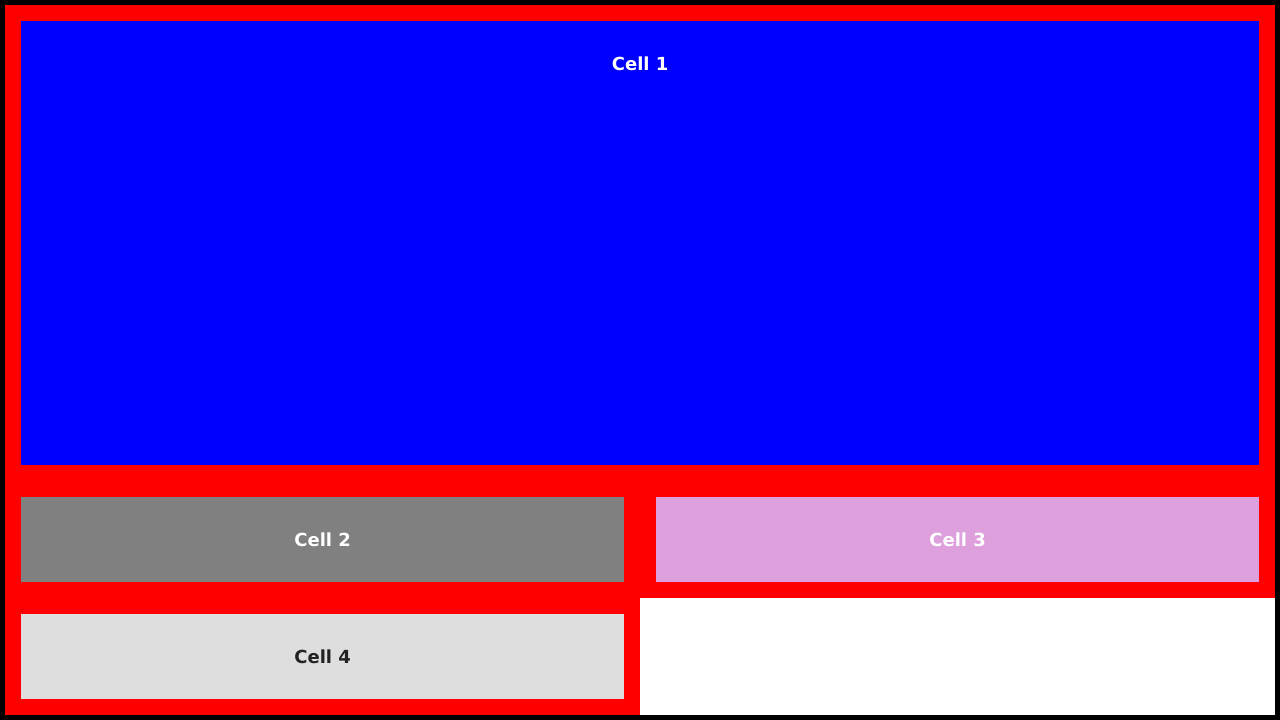
Repository: Ndifoinhilary/css_grid
Page: css-grid-learn/index.html
These files come from the project's save history. The page is drawn as it stood at one moment and after the next save; the edit follows.
The browser window is 1280 px wide. The pictures show the whole page.

Above is the page before, as saved 2024-01-27 05:21:27.

After the next save:
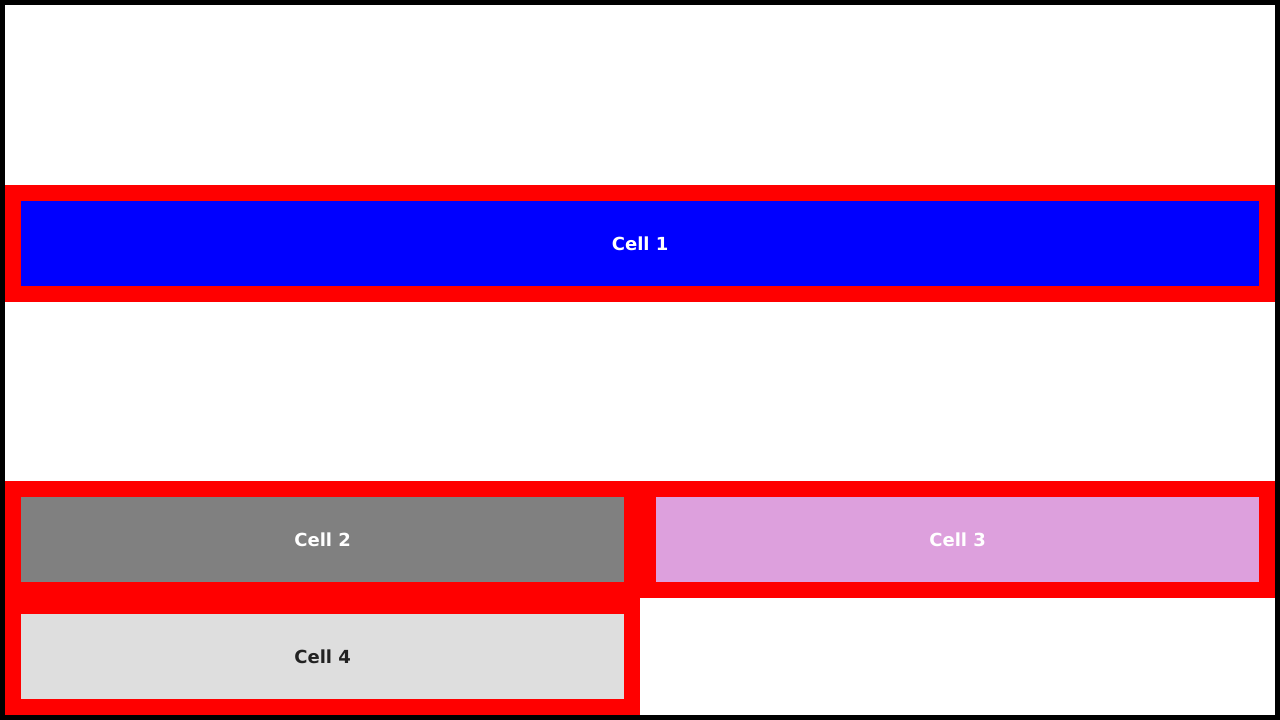
Saved 16 s later.
--- a/css-grid-learn/main.css
+++ b/css-grid-learn/main.css
@@ -29,6 +29,7 @@
     grid-template-columns:1fr 1fr;
     grid-template-rows: 1fr 2fr;
     justify-content: flex-start;
+    align-items: center;
 }
 
 

After the 2 saves that followed:
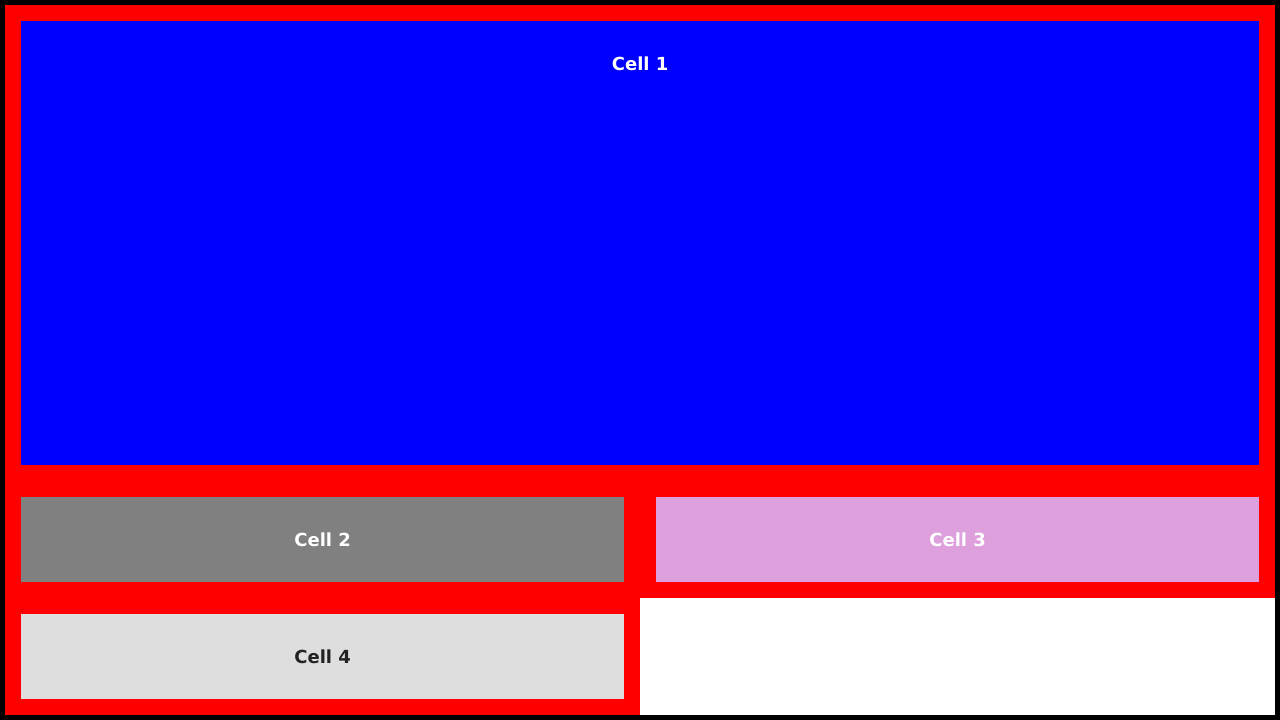
The 2 saves are shown as one change because 1 left the picture as it was.
The last was saved 66 s later.
--- a/css-grid-learn/main.css
+++ b/css-grid-learn/main.css
@@ -28,8 +28,8 @@
     display: grid;
     grid-template-columns:1fr 1fr;
     grid-template-rows: 1fr 2fr;
-    justify-content: flex-start;
-    align-items: center;
+    justify-content: center;
+    /* align-items: center; */
 }
 
 
